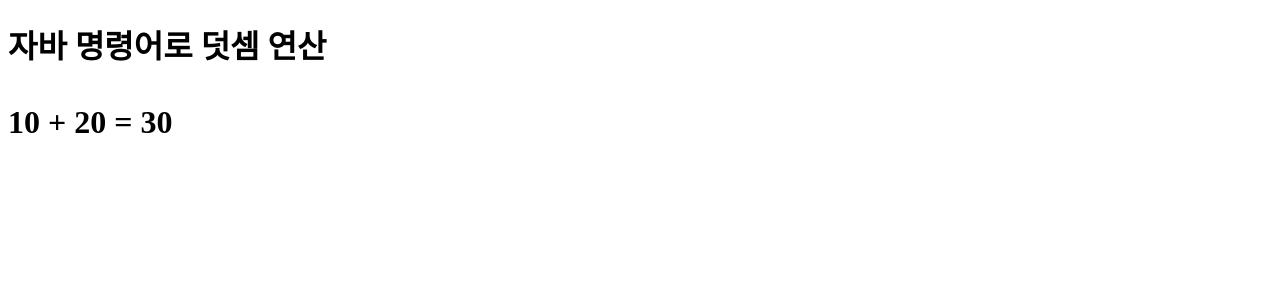
Repository: hangilyon/allJSPStudy
Page: http://localhost/jsp01/quiz01.jsp
These files come from the project's save history. The page is drawn as it stood at one moment and after the next save; the edit follows.
The browser window is 1280 px wide. The pictures show the whole page.
The page is served by Tomcat 9.

Above is the page before, as saved 2021-10-19 08:15:37.

### jsp01/src/main/webapp/quiz01.jsp
<%@ page language="java" contentType="text/html; charset=UTF-8"
    pageEncoding="UTF-8"%>
<!DOCTYPE html>
<html>
<head>
<meta charset="UTF-8">
<title>quiz01</title>
</head>
<body>
	<%
		int a = 10;
		int b = 20;
		int c = a+b;
	%>
	<h1><%="자바 명령어로 덧셈 연산 <br>"%><br><%= a+" + "+b+" = "+c %></h1>

</body>
</html>

After the next save:
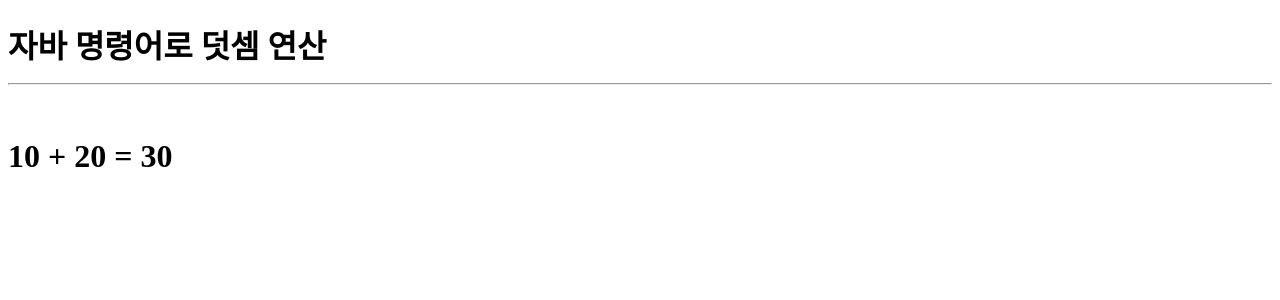
Saved 7 s later.
--- a/jsp01/src/main/webapp/quiz01.jsp
+++ b/jsp01/src/main/webapp/quiz01.jsp
@@ -12,7 +12,7 @@
 		int b = 20;
 		int c = a+b;
 	%>
-	<h1><%="자바 명령어로 덧셈 연산 <br>"%><br><%= a+" + "+b+" = "+c %></h1>
+	<h1><%="자바 명령어로 덧셈 연산 <hr>"%><br><%= a+" + "+b+" = "+c %></h1>
 
 </body>
 </html>
